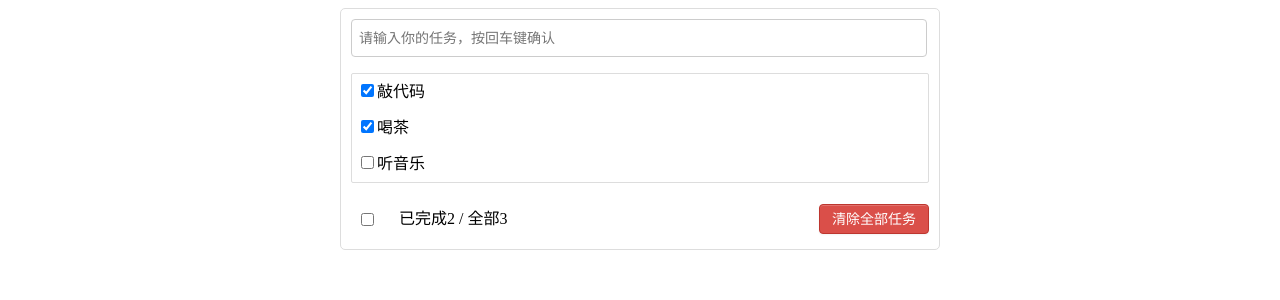
Repository: Lixianlai-2/The-journey-of-learning-Vue
Page: / (app in afterVueCli/Vue_Test/)
The author's editor kept a copy of each file at every save. The page is drawn from the files as they stood at one save, then again after a run of saves.
The browser window is 1280 px wide. The pictures show the whole page.
The project was rebuilt for these pictures with package versions that can differ from the ones it lists, and the page was loaded fresh each time.

Above is the page before, as saved 2022-04-22 07:32:02.

### afterVueCli/Vue_Test/src/main.js
import Vue from "vue";
import App from "./App.vue";

// 关闭生产模式提醒
Vue.config.productionTip = false;

new Vue({
  render: (h) => h(App),
}).$mount("#app");

### afterVueCli/Vue_Test/src/App.vue
<template>
  <div id="root">
    <div class="root">
      <div class="todo-container">
        <div class="todo-wrap">
          <myHeader :receiveInputObj="receiveFn" />
          <!-- 引入data中的数据 -->
          <myList
            :toDos="toDos"
            :checkTodo="checkTodo"
            :deleteTodo="deleteTodo"
          />
          <myFooter :toDos="toDos" :changeTodoDone="changeTodoDone" />
        </div>
      </div>
    </div>
  </div>
</template>

<script>
import myHeader from "./components/myHeader.vue";
import myFooter from "./components/myFooter.vue";
import myList from "./components/myList.vue";

export default {
  name: "Root",
  components: {
    myHeader,
    myFooter,
    myList,
  },
  data() {
    return {
      // 这是要被list.vue得到并进行渲染的数据
      toDos: [
        { id: "001", eventName: "敲代码", done: true },
        { id: "002", eventName: "喝茶", done: true },
        { id: "003", eventName: "听音乐", done: false },
      ],
    };
  },
  methods: {
    //添加一个todo
    //接受一个todo对象，并添加到原有数据中
    receiveFn(inputTodoObj) {
      // 这个对象是由Header中提供的，因为是在header中调用的这个函数
      this.toDos.unshift(inputTodoObj);
    },

    // 勾选一个todo
    // 将用户点击的input的done值取反
    checkTodo(clickId) {
      this.toDos.forEach((todo) => {
        // 当遍历的id等于用户点击的那个id，就给对应todo的done值取反
        if (todo.id === clickId) todo.done = !todo.done;
      });
      console.log(this.toDos);
    },

    // 删除一个todo
    deleteTodo(btnId) {
      // 注意使用的是filter，返回一个数组，不改变原数组，所以要将其结果重新赋值给this.toDos
      this.toDos = this.toDos.filter((todo) => todo.id !== btnId);
    },

    // 让任务全部完成，或者让任务全部取消
    // 让所有的todo的done值都改变为true
    changeTodoDone(doneStatus) {
      this.toDos.forEach((todo) => {
        todo.done = doneStatus;
        // todo.done === doneStatus;
      });
    },
  },
};
</script>

<style lang="less">
/* 注意在App.vue里面，不用加scoped，因为这些样式要全局应用 */
/*base*/
body {
  background: #fff;
}
.btn {
  display: inline-block;
  padding: 4px 12px;
  margin-bottom: 0;
  font-size: 14px;
  line-height: 20px;
  text-align: center;
  vertical-align: middle;
  cursor: pointer;
  box-shadow: inset 0 1px 0 rgba(255, 255, 255, 0.2),
    0 1px 2px rgba(0, 0, 0, 0.05);
  border-radius: 4px;
}
.btn-danger {
  color: #fff;
  background-color: #da4f49;
  border: 1px solid #bd362f;
}
.btn-danger:hover {
  color: #fff;
  background-color: #bd362f;
}
.btn:focus {
  outline: none;
}
.todo-container {
  width: 600px;
  margin: 0 auto;
}
.todo-container .todo-wrap {
  padding: 10px;
  border: 1px solid #ddd;
  border-radius: 5px;
}
</style>

### afterVueCli/Vue_Test/src/components/myHeader.vue
<template>
  <div>
    <div class="todo-header">
      <!-- 增加键盘事件，对input的内容按下enter后 -->
      <input
        type="text"
        placeholder="请输入你的任务，按回车键确认"
        @keyup.enter="add"
        v-model="eventName"
      />
    </div>
  </div>
</template>

<script>
import { nanoid } from "nanoid";

export default {
  name: "Header",
  data() {
    return {
      // 跟v-model对应的数据
      eventName: "",
    };
  },
  methods: {
    add() {
      console.log(this);
      // 得到用户输入的字符串，然后用trim()将这个字符串周围的空格都删除
      // 再判断input中输入的布尔值是否为false，如果是，就return
      if (!this.eventName.trim()) {
        // if (!event.target.value.trim()) {
        alert("请输入具体任务");
        return;
      }
      // 得到用户输入所形成的数据对象，其中的done是代表这件事是否完成
      const todoObj = {
        id: nanoid(),
        eventName: this.eventName,
        // eventName: event.target.value,
        done: false,
      };
      console.log("header中的this:", this);
      // 在这里调用receive函数的作用，就是获得header中的todoObj对象，也就是用户刚刚传入的对象。这header中的数据对象被传入到receive函数中，而这个函数的作用，是往app.vue中的toDos数据对象中添加内容
      this.receiveInputObj(todoObj);
      // 输入完之后，输入框重新变成空
      this.eventName = "";
    },
  },
  // 引入的父级函数
  props: ["receiveInputObj"],
};
</script>

<style scoped>
/*header*/
.todo-header input {
  width: 560px;
  height: 28px;
  font-size: 14px;
  border: 1px solid #ccc;
  border-radius: 4px;
  padding: 4px 7px;
}

.todo-header input:focus {
  outline: none;
  border-color: rgba(82, 168, 236, 0.8);
  box-shadow: inset 0 1px 1px rgba(0, 0, 0, 0.075),
    0 0 8px rgba(82, 168, 236, 0.6);
}
</style>

### afterVueCli/Vue_Test/src/components/myFooter.vue
<template>
  <div class="todo-footer" v-show="allQuestNum">
    <label>
      <input type="checkbox" :checked="equalOrNot" @change="checkQuest" />
    </label>
    <span>
      <span>已完成{{ alreadyDone }}</span> / 全部{{ allQuestNum }}</span
    >
    <button class="btn btn-danger">清除全部任务</button>
  </div>
</template>

<script>
export default {
  name: "Footer",
  // 引入app.vue中的数据
  props: ["toDos", "changeTodoDone"],
  // 这里面的函数会自动执行
  computed: {
    // 计算已完成任务的数量
    alreadyDone() {
      // 一、普通的方法
      // let i = 0;
      // this.toDos.forEach((todo) => {
      //   // 如果todo.done为true
      //   if (todo.done) {
      //     i++;
      //   }
      // });
      // return i;

      // 二、用reduce
      return this.toDos.reduce(
        // pre是reduce里面的callback函数的返回值（第一个为设定的初始值或array[0]
        (pre, currentEl) => pre + (currentEl.done ? 1 : 0),
        0
      );
    },
    // 当前所有的任务数量
    allQuestNum() {
      return this.toDos.length;
    },
    equalOrNot() {
      return this.alreadyDone === this.allQuestNum && this.allQuestNum > 0;
    },
  },
  methods: {
    checkQuest(e) {
      // event事件
      // console.log(e);

      // 查看这个input是否checked
      // console.log(e.target.checked);

      this.changeTodoDone(e.target.checked);
    },
  },
};
</script>

<style scoped>
/*footer*/
.todo-footer {
  height: 40px;
  line-height: 40px;
  padding-left: 6px;
  margin-top: 5px;
}

.todo-footer label {
  display: inline-block;
  margin-right: 20px;
  cursor: pointer;
}

.todo-footer label input {
  position: relative;
  top: -1px;
  vertical-align: middle;
  margin-right: 5px;
}

.todo-footer button {
  float: right;
  margin-top: 5px;
}
</style>

### afterVueCli/Vue_Test/src/components/myList.vue
<template>
  <ul class="todo-main">
    <myItem
      v-for="todo in toDos"
      :key="todo.id"
      :eventName="todo.eventName"
      :checked="todo.done"
      :todoId="todo.id"
      :checkTodo="checkTodo"
      :todo="todo"
      :deleteTodo="deleteTodo"
      :changeTodoDone="changeTodoDone"
    />
  </ul>
</template>

<script>
import myItem from "./myItem.vue";

export default {
  name: "List",
  components: {
    myItem,
  },
  props: ["toDos", "checkTodo", "deleteTodo", "changeTodoDone"],
};
</script>

<style scoped>
/*main*/
.todo-main {
  margin-left: 0px;
  border: 1px solid #ddd;
  border-radius: 2px;
  padding: 0px;
}

.todo-empty {
  height: 40px;
  line-height: 40px;
  border: 1px solid #ddd;
  border-radius: 2px;
  padding-left: 5px;
  margin-top: 10px;
}
</style>

### afterVueCli/Vue_Test/src/components/myItem.vue
<template>
  <div>
    <li>
      <label>
        <!-- 获取到点击的那个input的id -->
        <input
          type="checkbox"
          :checked="checked"
          @click="checkHandle(todoId)"
        />
        <!--下面这种也能用，但不推荐，因为修改了原本只读的props，因为隐藏在对象中，所以才能够使用  -->
        <!-- <input type="checkbox" :checked="checked" v-model="todo.done" /> -->
        <span>{{ eventName }}</span>
      </label>
      <!-- 隐藏删除按钮 -->
      <button class="btn btn-danger" @click="deleteHandler(todo.id)">
        删除
      </button>
    </li>
  </div>
</template>

<script>
export default {
  name: "Item",
  props: ["eventName", "checked", "todoId", "checkTodo", "todo", "deleteTodo"],
  methods: {
    add() {},
    checkHandle(clickId) {
      console.log(this);
      console.log("checkHandle的参数 " + clickId);
      //
      this.checkTodo(clickId);
    },
    deleteHandler(btnId) {
      console.log(btnId);
      if (confirm("确定删除吗？")) {
        this.deleteTodo(btnId);
      }
    },
  },
};
</script>

<style scoped>
/*item*/
li {
  list-style: none;
  height: 36px;
  line-height: 36px;
  padding: 0 5px;
  border-bottom: 1px solid #ddd;
}

li label {
  float: left;
  cursor: pointer;
}

li label li input {
  vertical-align: middle;
  margin-right: 6px;
  position: relative;
  top: -1px;
}

li button {
  float: right;
  display: none;
  margin-top: 3px;
}

li:before {
  content: initial;
}

li:last-child {
  border-bottom: none;
}

li:hover {
  background-color: #ddd;
}

li:hover button {
  display: block;
}
</style>

Loaded but not shown: afterVueCli/Vue_Test/public/index.html (common file)

After the next 2 saves:
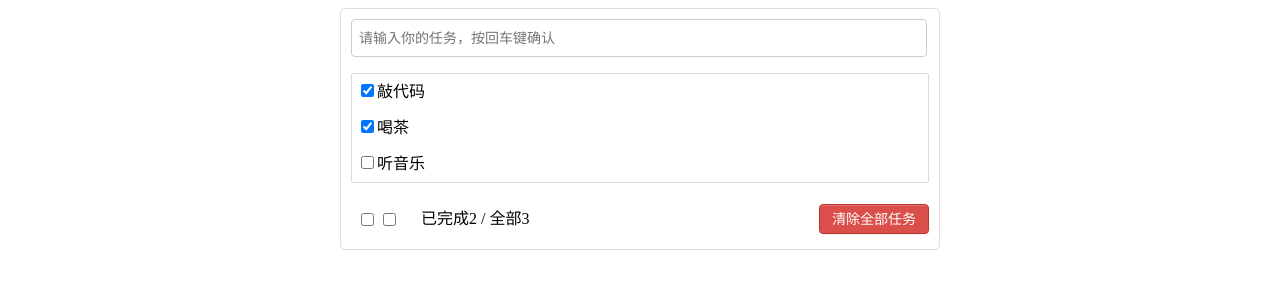
The 2 saves are shown as one change because they came seconds apart.
The last was saved 7 min 19 s later.
--- a/afterVueCli/Vue_Test/src/components/myFooter.vue
+++ b/afterVueCli/Vue_Test/src/components/myFooter.vue
@@ -1,6 +1,7 @@
 <template>
   <div class="todo-footer" v-show="allQuestNum">
     <label>
+      <input type="checkbox" :checked="equalOrNot" @change="checkQuest" />
       <input type="checkbox" :checked="equalOrNot" @change="checkQuest" />
     </label>
     <span>

After the save that followed:
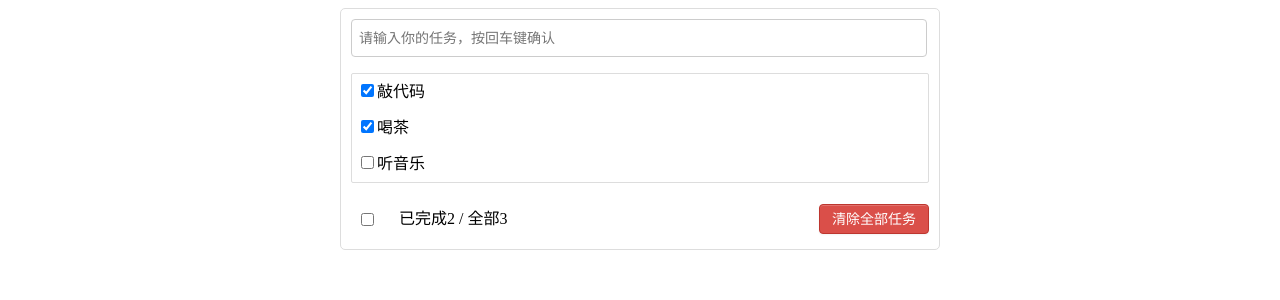
Saved 5 s later.
--- a/afterVueCli/Vue_Test/src/components/myFooter.vue
+++ b/afterVueCli/Vue_Test/src/components/myFooter.vue
@@ -1,7 +1,7 @@
 <template>
   <div class="todo-footer" v-show="allQuestNum">
     <label>
-      <input type="checkbox" :checked="equalOrNot" @change="checkQuest" />
+      <!-- <input type="checkbox" :checked="equalOrNot" @change="checkQuest" /> -->
       <input type="checkbox" :checked="equalOrNot" @change="checkQuest" />
     </label>
     <span>
